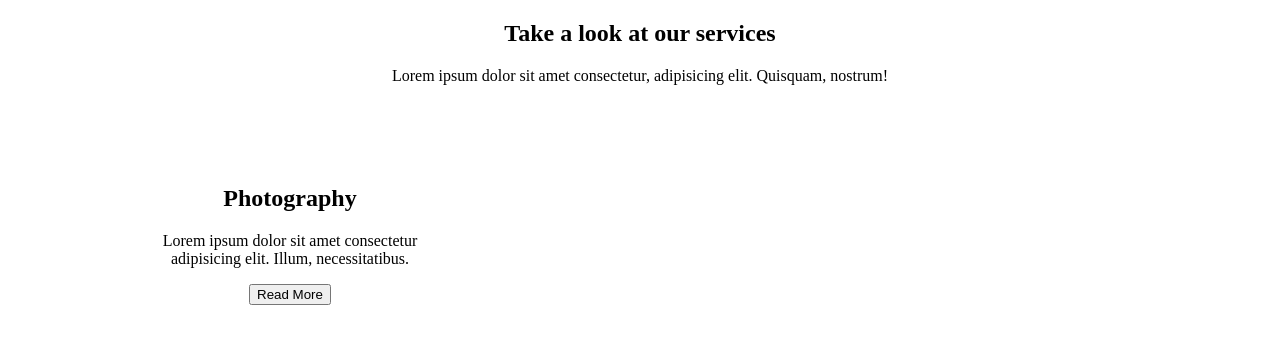
Repository: truongtn04/f8-fullstack-k5
Page: day05/ex03.html
These files come from the project's save history. The page is drawn as it stood at one moment and after a run of saves; the edit follows.
The browser window is 1280 px wide. The pictures show the whole page.

Above is the page before, as saved 2023-12-04 11:41:49.

### day05/ex03.html
<!DOCTYPE html>
<html lang="en">
<head>
    <meta charset="UTF-8">
    <meta name="viewport" content="width=device-width, initial-scale=1.0">
    <title>Document</title>
    <link rel="stylesheet" href="https://cdnjs.cloudflare.com/ajax/libs/font-awesome/6.5.1/css/all.min.css" integrity="sha512-DTOQO9RWCH3ppGqcWaEA1BIZOC6xxalwEsw9c2QQeAIftl+Vegovlnee1c9QX4TctnWMn13TZye+giMm8e2LwA==" crossorigin="anonymous" referrerpolicy="no-referrer" />
    <link rel="stylesheet" href="css/ex03.css">
</head>
<body>
    <section>
        <h1>Take a look at our services</h1>
        <p>Lorem ipsum dolor sit amet consectetur, adipisicing elit. Quisquam, nostrum!</p>
        <div class="list-products">
            <div class="item">
                <span></span>
                <h2>Photography</h2>
                <p>Lorem ipsum dolor sit amet consectetur adipisicing elit. Illum, necessitatibus.</p>
                <button>Read More</button>
            </div>
        </div>
    </section>
</body>
</html>

### day05/css/ex03.css
section{
    width: 1000px;
    margin: 0 auto;
    text-align: center;
}
.list-products{
    margin-top: 100px;
}
.item{
    width: 300px;
}

After the next 2 saves:
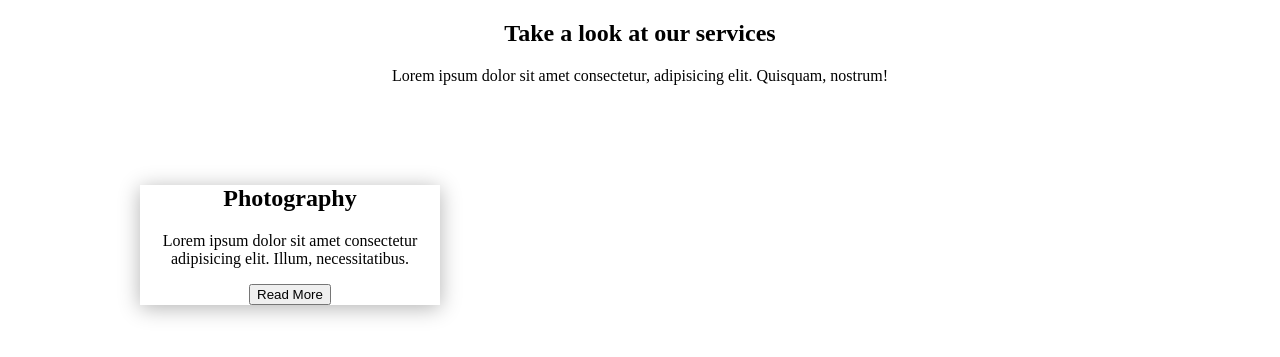
The 2 saves are shown as one change because they came seconds apart.
The last was saved 46 s later.
--- a/day05/css/ex03.css
+++ b/day05/css/ex03.css
@@ -8,4 +8,5 @@ section{
 }
 .item{
     width: 300px;
+    box-shadow: 0 3px 20px rgba(0, 0, 0, 0.3);
 }
